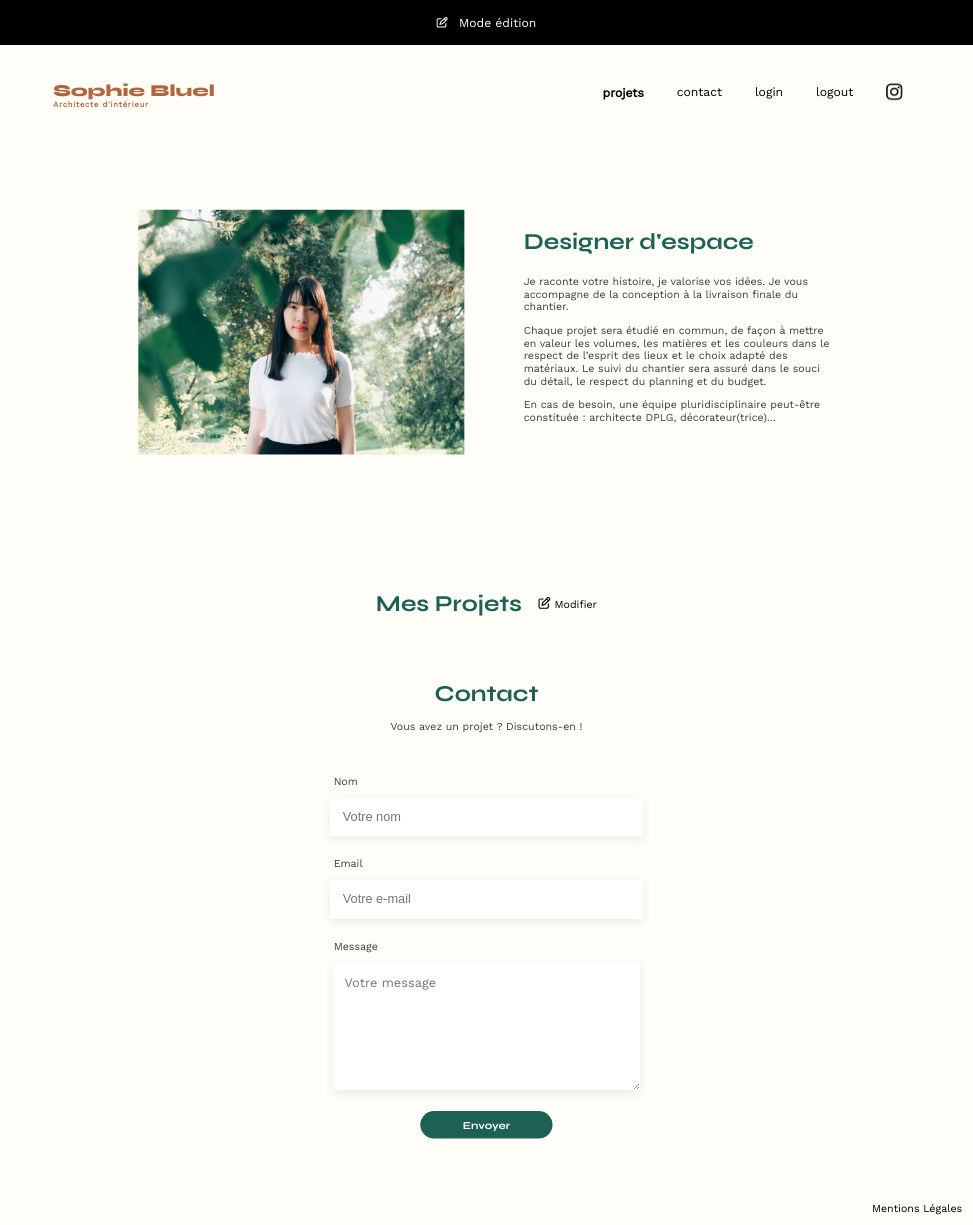
Repository: BlueSoley23/openclassrooms
Page: FrontEnd/index.html
An editor plug-in stored every save of this project. The page is shown before and after the next save, followed by the edit.
The browser window is 1280 px wide. The pictures show the whole page, at 76% of full size.
The page's requests for data from a server got no answer.

Above is the page before, as saved 2023-12-21 07:03:35.
Console error: TypeError: categories is not iterable

### FrontEnd/index.html
<!--
	 #################################################################################################
     ############# Page d'accueil du portfolio de l'architecte d'intérieur, Sophie Bluel #############
     ######################    Front-end du site developpé par Antoine Gauer    ######################
     #################################################################################################
	 ###########   Utilisation de classes BEM pour l'organisation et la stylisation des   ############
	 ###########              élements de la page (Block / Element / Modifier)            ############
	 #################################################################################################
	-->



<!-- Définition du type de document et de la langue -->
<!DOCTYPE html>
<html lang="fr">

<head>

	<!-- En-tête de la page -->
	<meta charset="UTF-8">

	<!-- Titre de la page (apparaissant dans l'onglet du navigateur) -->
	<title>Sophie Bluel - Architecte d'intérieur - Portfolio</title>

	<!-- Icône d'onglet par défaut (icône représentant le portrait de l'architecte, Sophie Bluel) -->
	<link rel="icon" href="./assets/icons/browser_icons/portrait_Sophie_Bluel/favicon.ico">

<!--
	Autres icônes disponibles (remplacer la ligne précédente par la ligne qui correspond à l'icône choisie)

	Icône représentant un travail de Sophie Bluel :
		<link rel="icon" href="./assets/icons/browser_icons/work_example_picture/favicon.ico">

	Icône minimaliste de design d'intérieur :
		<link rel="icon" href="./assets/icons/browser_icons/designer_minimalist_logo/favicon.ico">

	Icône moderne de design d'intérieur :
		<link rel="icon" href="./assets/icons/browser_icons/designer_modern_logo/favicon.ico">

	Icône artistique de design d'intérieur :
		<link rel="icon" href="./assets/icons/browser_icons/designer_artistic_logo/favicon.ico">

	Icône représentant le portrait de l'architecte, Sophie Bluel (par défaut):
		<link rel="icon" href="./assets/icons/browser_icons/portrait_Sophie_Bluel/favicon.ico">
-->


	<!-- Balise permettant de définir la largeur de la page en fonction de la largeur de l'écran -->
	<meta name="viewport" content="width=device-width, initial-scale=1.0">

	<!-- Préconnexion aux serveurs Google Fonts -->
	<link rel="preconnect" href="https://fonts.googleapis.com">
	<link rel="preconnect" href="https://fonts.gstatic.com" crossorigin>

	<!-- Import des polices Google Fonts -->
	<link href="https://fonts.googleapis.com/css2?family=Syne:wght@700;800&family=Work+Sans&display=swap"
		rel="stylesheet">

	<!-- Description de la page -->
	<meta name="description" content="Portfolio de l'artiste, Sophie Bluel - Page d'accueil">

	<!-- Import du fichier CSS -->
	<link rel="stylesheet" href="./assets/css/style.css">

	<!-- Import du fichier JavaScript -->
	<script type="module" src="./assets/scripts/gallery.js "></script>

</head>

<body>

	<!-- En-tête de la page -->
	<!-- Block : header -->
	<header class="header">

		<!-- Borderau du mode édition (pour les utilisateurs connctés) -->
		<!-- Element : edit-bar -->
		<div class="edit-bar">
			<img src="/FrontEnd/assets/icons/edit.svg" alt="Icône du mode édition" class="edit-bar__icon"></img>
			<p class="edit-bar__title">Mode édition</p>
		</div>

		<div class="header-block">
			<!-- En-tête de la page contenant un titre et un sous titre-->
			<!-- Elements : title /  subtitle -->
			<a href="./index.html"><h1 class="header__title">Sophie Bluel <span class="header__subtitle">Architecte d'intérieur</span></h1></a>

			<!-- Navigation principale -->
			<!-- Element : nav -->
			<nav class="header__nav">

				<!-- Liste du menu de liens vers les pages d'accueil, de contact, de connexion, et vers le profil Instagram de Sophie Bluel -->
				<!-- Block : nav-list -->
				<ul class="nav-list">

					<!-- Elements : item -->
					<!-- Modifier : active -->
					<li class="nav-list__item nav-list__item--active"><a href="./index.html">projets</a></li>
					<li class="nav-list__item"><a href=#>contact</a></li>
					<li class="nav-list__item nav-list__item--login"><a href="./login.html">login</a></li>
					<li class="nav-list__item nav-list__item--logout"><a href="#">logout</a></li>
					<li class="nav-list__item"><a href="https://instagram.com"><img src="./assets/icons/instagram.png" alt="Instagram" class="nav-list__item--img"></a></li>

				</ul>

			</nav>
		</div>
	</header>

	<!-- Contenu principal de la page -->
	<!-- Block : main -->
	<main class="main">

		<!-- Section d'introduction -->
		<!-- Block : introduction -->
		<section class="introduction">
		<h2 class="hidden-title">Section d'introduction</h2>

			<!-- Image de Sophie Bluel -->
			<!-- Element : figure -->
			<figure class="introduction__figure">
				<img src="./assets/images/sophie-bluel.png" alt="Photo de Sophie Bluel">
			</figure>

			<!-- Article d'introduction -->
			<!-- Element : article -->
			<article class="introduction__article">

				<!-- Titre de l'article -->
				<!-- Element : title -->
				<h2 class="introduction__title">Designer d'espace</h2>

				<!-- Paragraphes de l'article -->
				<!-- Element : paragraph -->
				<p class="introduction__paragraph">Je raconte votre histoire, je valorise vos idées. Je vous accompagne
					de la conception à la livraison finale du chantier.</p>
				<p class="introduction__paragraph">Chaque projet sera étudié en commun, de façon à mettre en valeur les
					volumes, les matières et les couleurs dans le respect de l’esprit des lieux et le choix adapté des
					matériaux. Le suivi du chantier sera assuré dans le souci du détail, le respect du planning et du
					budget.</p>
				<p class="introduction__paragraph">En cas de besoin, une équipe pluridisciplinaire peut-être constituée
					: architecte DPLG, décorateur(trice)...</p>
			</article>
		</section>

		<!-- Section du portfolio -->
		<!-- Block : portfolio -->
		<section class="portfolio">
			<div class="portfolio__title--section">
				<!-- Titre de la section -->
				<!-- Element : title -->
				<h2 class="portfolio__title">Mes Projets</h2>
				<a href= # class="modifier-link__url">
					<div class="modifier-link__content">
						<svg width="17" height="17" viewBox="0 0 17 17" fill="black" xmlns="http://www.w3.org/2000/svg">
						<path id="Vector" d="M14.0229 2.18576L14.3939 2.55679C14.6821 2.84503 14.6821 3.31113 14.3939 3.5963L13.5016 4.49169L12.0879 3.07808L12.9803 2.18576C13.2685 1.89751 13.7346 1.89751 14.0198 2.18576H14.0229ZM6.93332 8.23578L11.0484 4.11759L12.4621 5.53121L8.34387 9.64633C8.25494 9.73525 8.14455 9.79964 8.02496 9.83337L6.23111 10.3455L6.7432 8.55162C6.77693 8.43203 6.84133 8.32164 6.93025 8.23271L6.93332 8.23578ZM11.9408 1.14625L5.89074 7.1932C5.62397 7.45998 5.43078 7.78808 5.32959 8.14685L4.4526 11.2133C4.379 11.4708 4.44953 11.7468 4.63965 11.9369C4.82977 12.127 5.10574 12.1976 5.36332 12.124L8.42973 11.247C8.79156 11.1427 9.11967 10.9495 9.38338 10.6858L15.4334 4.63888C16.2951 3.77722 16.2951 2.37894 15.4334 1.51728L15.0624 1.14625C14.2007 0.284585 12.8024 0.284585 11.9408 1.14625ZM3.19844 2.34214C1.70816 2.34214 0.5 3.55031 0.5 5.04058V13.3812C0.5 14.8715 1.70816 16.0796 3.19844 16.0796H11.5391C13.0293 16.0796 14.2375 14.8715 14.2375 13.3812V9.94683C14.2375 9.539 13.9094 9.21089 13.5016 9.21089C13.0937 9.21089 12.7656 9.539 12.7656 9.94683V13.3812C12.7656 14.0589 12.2167 14.6078 11.5391 14.6078H3.19844C2.52076 14.6078 1.97188 14.0589 1.97188 13.3812V5.04058C1.97188 4.36291 2.52076 3.81402 3.19844 3.81402H6.63281C7.04065 3.81402 7.36875 3.48591 7.36875 3.07808C7.36875 2.67025 7.04065 2.34214 6.63281 2.34214H3.19844Z"
						fill="black"/>
						</svg>
						<p class="modifier-link__content--title">Modifier</p>
					</div>
				</a>
			</div>
			<!-- Navigation des catégories du portfolio -->
			<!-- Element : categories -->
			<nav class="portfolio__categories categories hidden">

				<!-- ###### BOUTONS DE CATÉGORIES AFFICHÉS DYNAMIQUEMENT EN JAVASCRIPT ###### -->

			</nav>

			<!-- Galerie du portfolio -->
			<!-- Element : gallery -->
			<article class="portfolio__gallery gallery">
			<h2 class="hidden-title">Gallerie des travaux de Sophie Bluel</h2>

				<!-- ############## TRAVAUX AFFICHÉS DYNAMIQUEMENT EN JAVASCRIPT ############# -->

			</article>

		</section>

		<!-- Section de contact -->
		<!-- Block : contact -->
		<section class="contact">

			<!-- Titre de la section -->
			<!-- Element : title -->
			<h2 class="contact__title">Contact</h2>

			<!-- Paragraphe d'introduction -->
			<!-- Element : paragraph -->
			<p class="contact__paragraph">Vous avez un projet ? Discutons-en !</p>

			<!-- Formulaire de contact -->
			<!-- Element : form -->
			<form action="#" method="post" class="contact__form">

				<!-- Champs du formulaire -->
                <!-- Labels indiquant l'entrée attendue et champs de formulaire de type "text" pour les identifiants avec un texte
                    par défaut (placeholder) et l'élement autocomplete pour que le navigateur enregistre et suggère les identifants -->
                <!-- Modifiers : label / input-->

				<!-- Nom -->
				<label for="name" class="contact__form--label form__label">Nom</label>
				<input type="text" name="name" id="name" class="contact__form--input" autocomplete="name"
					placeholder="Votre nom">

				<!-- E-mail -->
				<label for="email" class="contact__form--label form__label">Email</label>
				<input type="email" name="email" id="email" class="contact__form--input" autocomplete="email"
					placeholder="Votre e-mail">

				<!-- Message -->
				<label for="message" class="contact__form--label form__label">Message</label>
				<textarea name="message" id="message" cols="30" rows="10" class="contact__form--textaera"
					placeholder="  Votre message"></textarea>

				<!-- Bouton de soumission du formulaire -->
				<!-- Modifier : submit -->
				<input type="submit" value="Envoyer" class="contact__form--submit">

			</form>

		</section>

	</main>

    <!-- Pied de page -->
    <!-- Block : footer -->
    <footer class="footer">

        <!-- Pied de page -->
        <!-- Element : nav -->
        <nav class="footer__nav">

            <!-- Navigation secondaire -->
            <!-- Element : nav-list -->
            <ul class="footer__nav-list">

                <!-- Lien vers les mentions légales -->
                <!-- Element : nav-item -->
                <li class="footer__nav-item">Mentions Légales</li>

            </ul>

        </nav>

    </footer>

</body>

</html>

Loaded but not shown: FrontEnd/assets/scripts/gallery.js (223 lines, source omitted); FrontEnd/assets/css/style.css (608 lines, source omitted)

After the next save:
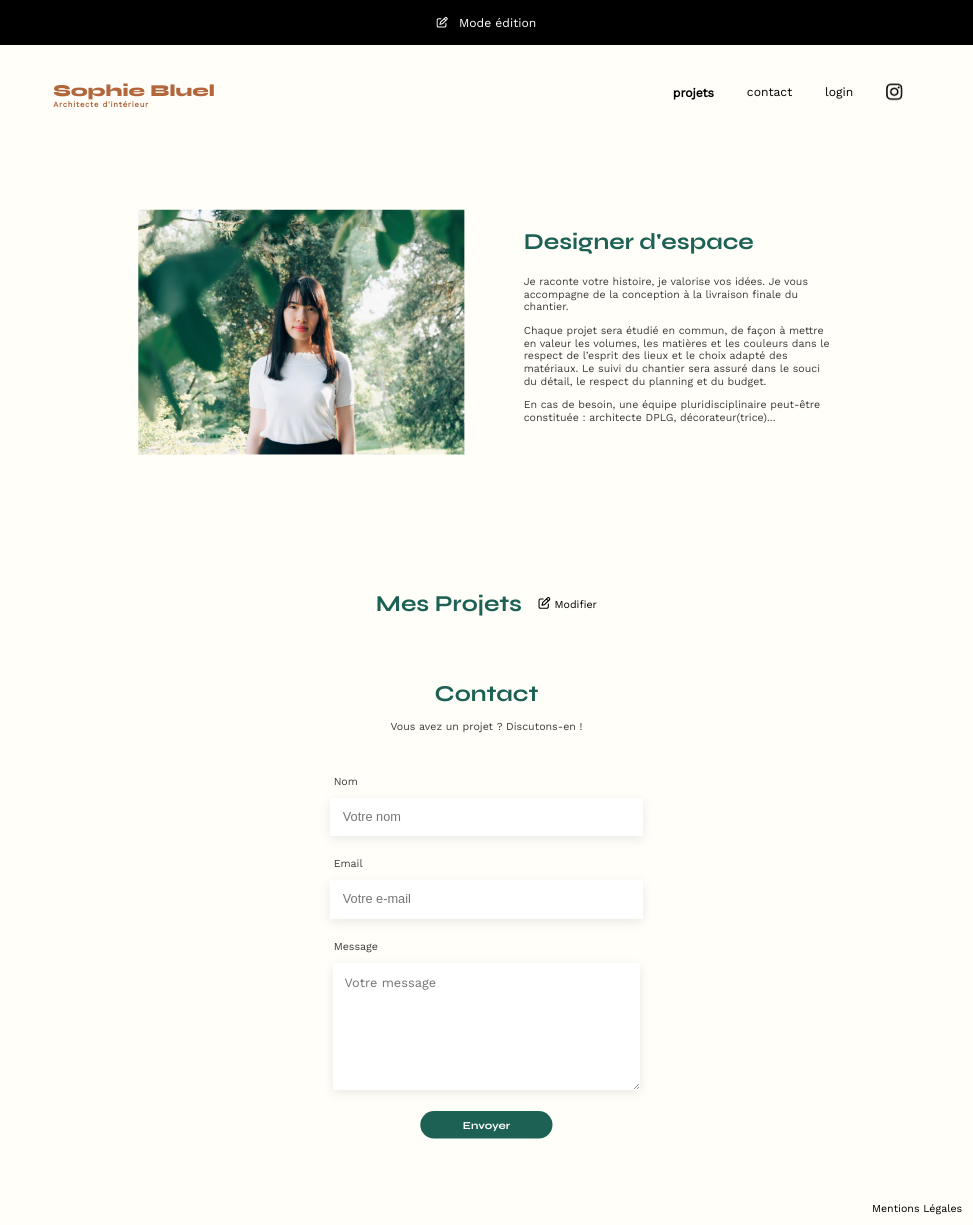
Saved 32 s later.
--- a/FrontEnd/index.html
+++ b/FrontEnd/index.html
@@ -98,7 +98,7 @@
 					<li class="nav-list__item nav-list__item--active"><a href="./index.html">projets</a></li>
 					<li class="nav-list__item"><a href=#>contact</a></li>
 					<li class="nav-list__item nav-list__item--login"><a href="./login.html">login</a></li>
-					<li class="nav-list__item nav-list__item--logout"><a href="#">logout</a></li>
+					<li class="nav-list__item nav-list__item--logout hidden"><a href="#">logout</a></li>
 					<li class="nav-list__item"><a href="https://instagram.com"><img src="./assets/icons/instagram.png" alt="Instagram" class="nav-list__item--img"></a></li>
 
 				</ul>
